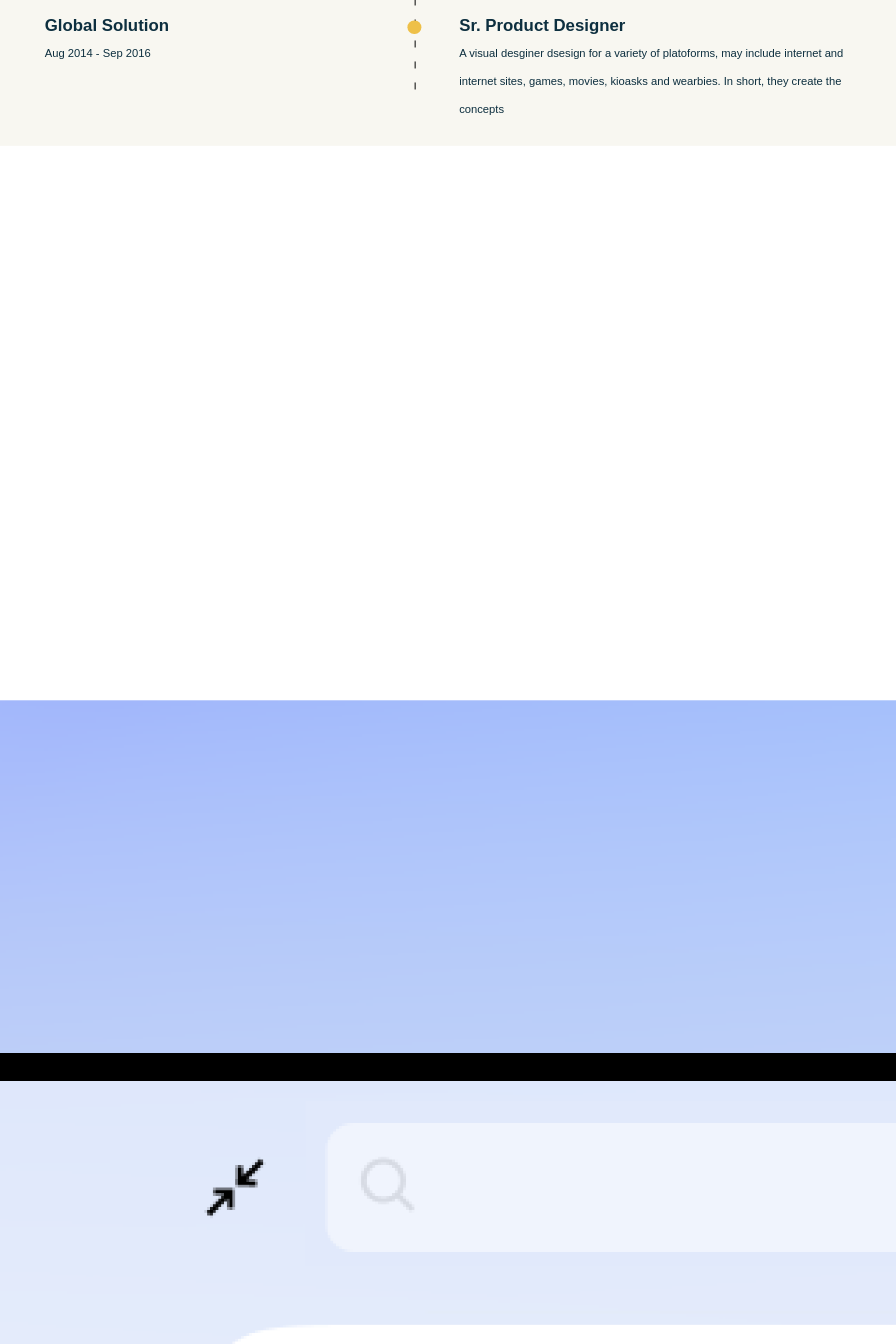
Repository: davedeguia/framer-motion-portfolio
Page: /
The author's editor kept a copy of each file at every save. The page is drawn from the files as they stood at one save, then again after the next save.
The browser window is 1280 px wide. The pictures show the part of the page from y = 1678 to 3598 px (the page is 7515 px tall before and 2034 px after), at 70% of full size.
Some web fonts or font styles are not loaded; a fallback is used. The project was rebuilt for these pictures with package versions that can differ from the ones it lists, and the page was loaded fresh each time. Also part of the build but not shown: vite.config.js.

Above is the page before, as saved 2023-02-10 22:04:36.

After the next save:
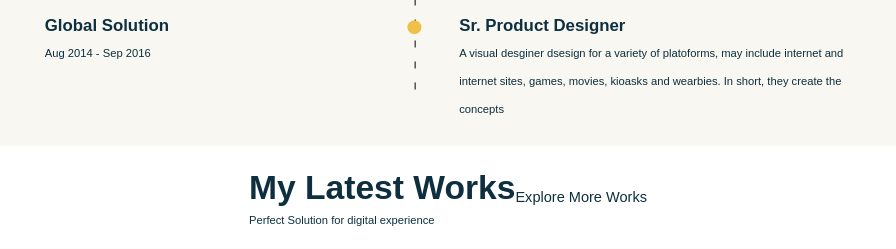
Saved 14 s later.
--- a/src/components/Portfolio/Portfolio.jsx
+++ b/src/components/Portfolio/Portfolio.jsx
@@ -25,7 +25,7 @@ const Portfolio = () => {
 
         {/* images */}
         <div className={css.showCase}>
-          <motion.img
+          {/* <motion.img
             variants={fadeIn('up', 'tween', 0.5, 0.6)}
             src='./showCase1.png'
             alt='project'
@@ -39,7 +39,7 @@ const Portfolio = () => {
             variants={fadeIn('up', 'tween', 0.9, 0.6)}
             src='./showCase3.png'
             alt='project'
-          />
+          /> */}
         </div>
       </div>
     </motion.section>
